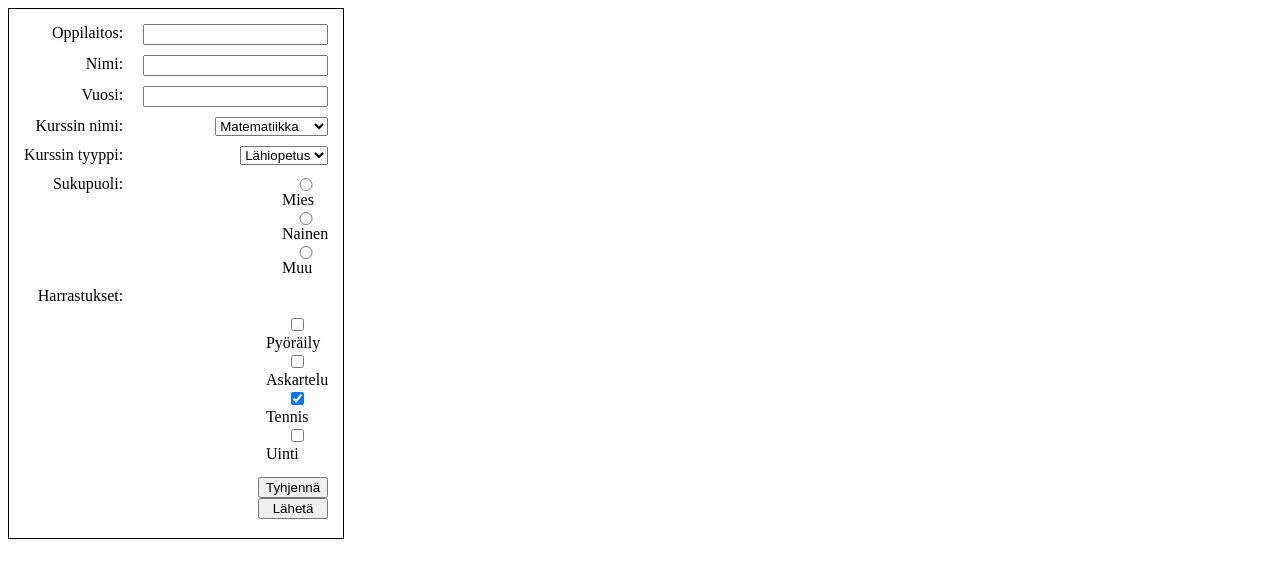
Repository: Niina-Maria/tehtavat-12-17-Niina-Maria2
Page: teht16.html
The author's editor kept a copy of each file at every save. The page is drawn from the files as they stood at one save, then again after the next save.
The browser window is 1280 px wide. The pictures show the whole page.

Above is the page before, as saved 2024-11-20 13:36:18.

### teht16.html
<!DOCTYPE html>
<html>
    <head>
        <link rel="stylesheet" href="teht16.css">
    </head>
    <body>
        <div class="grid-container">
            <div class="taulukko">
                <div class="a a1">Oppilaitos:</div>
                <div class="a a2"><input type="text" id="school" name="school"></div>
                <div class="a a3">Nimi:</div>
                <div class="a a4"><input type="text" id="name" name="name"></div>
                <div class="a a5">Vuosi:</div>
                <div class="a a6"><input type="password" id="year" name="year"></div>
                <div class="a a7">Kurssin nimi:</div>
                <div class="a a8">
                    <select class="course" name="course" size="1">
                    <option value="matematiikka">Matematiikka</option>
                    <option value="fysiikka">Fysiikka</option>
                    <option value="kemia">Kemia</option>
                    <option value="tietorakenteet">Tietorakenteet</option>
                    <option value="webohjelmointi">Webohjelmointi</option>
                    </select>
                </div>
                <div class="a a9">Kurssin tyyppi:</div>
                <div class="a a10">
                    <select class="type" name="type" size="1">
                        <option value="lähiopetus">Lähiopetus</option>
                        <option value="etäopetus">Etäopetus</option>
                        <option value="hybridi">Hybridi</option>
                        <option value="monimuoto">Monimuoto</option>
                        <option value="avoinamk">AvoinAMK</option>
                    </select>
                </div>
                <div class="a a11">Sukupuoli:</div>
                <div class="a a12">
                    <input type="radio" id="male" name="gender" value="male">
                    <label class="sukup"for="male">Mies</label>
                    <input type="radio" id="female" name="gender" value="female">
                    <label class="sukup"for="female">Nainen</label>
                    <input type="radio" id="other" name="gender" value="other">
                    <label class="sukup"for="other">Muu</label>
                </div>
                <div class="a a13">Harrastukset:</div>
                <div class="a a14" >
                    <input type="checkbox" id="hobbiesbike" name="hobbiesbike">
                        <label for="hobbiesbike"> Pyöräily</label>
                        <input type="checkbox" id="hobbiesaskartelu" name="hobbiesaskartelu">
                        <label for="hobbiesaskartelu"> Askartelu</label>
                        <input type="checkbox" id="hobbiestennis" name="hobbiestennis" checked="checked">
                        <label for="hobbiestennis"> Tennis</label>
                        <input type="checkbox" id="hobbiesuinti" name="hobbiesuinti">
                        <label for="hobbiesuinti"> Uinti</label>
                </div>
                <div class="a a15">
                    <input type="reset" id="napit" value="Tyhjennä">
                    <input type="submit"id="napit2" value="Lähetä">
                </div>

            </div>
        </div>
    </body>

### teht16.css
.grid-container {
    display: grid;
    justify-content: center;
    border: 1px solid black;
    width: fit-content;
    grid-column: 1 /span 2;
}


.taulukko {
    display: grid;
    grid-template-columns: 2;
    width: fit-content;
    margin: 5px;
    padding: 5px;
    border-radius: 1px solid black;
}

.taulukko div {
    display: grid;
    grid-column: span 2;
    padding: 5px;
    justify-content: right;
    border-radius: 1 px solid black;

}

.taulukko .a1 {
    grid-column: span 1;
    border: 1 px solid black;
    justify-content: right;
}

.taulukko .a2 {
    grid-column: span 1;
    justify-content: right;
    margin-left: 10px;
    border: 1 px solid black;
}

.taulukko .a3 {
    grid-column: span 1;
    border: 1 px solid black;
}

.taulukko .a4 {
    grid-column: span 1;
    justify-content: right;
    margin-left: 10px;
    border: 1 px solid black;
}


.taulukko .a5 {
    grid-column: span 1;
    border: 1 px solid black;
    justify-content: right;
}

.taulukko .a6 {
    grid-column: span 1;
    justify-content: right;
    margin-left: 10px;
    border: 1 px solid black;
}

.taulukko .a7 {
    grid-column: span 1;
    border: 1 px solid black;
    justify-content: right;
}

.taulukko .a8 {
    grid-column: span 1;
    justify-content: right;
    margin-left: 10px;
    border: 1 px solid black;
}

.taulukko .a9 {
    grid-column: span 1;
    border: 1 px solid black;
    justify-content: right;
}

.taulukko .a10 {
    grid-column: span 1;
    justify-content: right;
    margin-left: 10px;
    border: 1 px solid black;
}

.taulukko .a11 {
    grid-column: span 1;
    border: 1 px solid black;
    justify-content: right;
}

.taulukko .a12 {
    grid-column: span 1;
    justify-content: right;
    border: 1 px solid black;
}

.taulukko .a13 {
    grid-column: span 1;
    border: 1 px solid black;
}

.taulukko .a14 {
    grid-column: span 2;
    border: 1 px solid black;
}

.taulukko .a15 {
    grid-column: span 2;
    height: 50px;
    align-content: center;
    border: 1 px solid black;
}

After the next save:
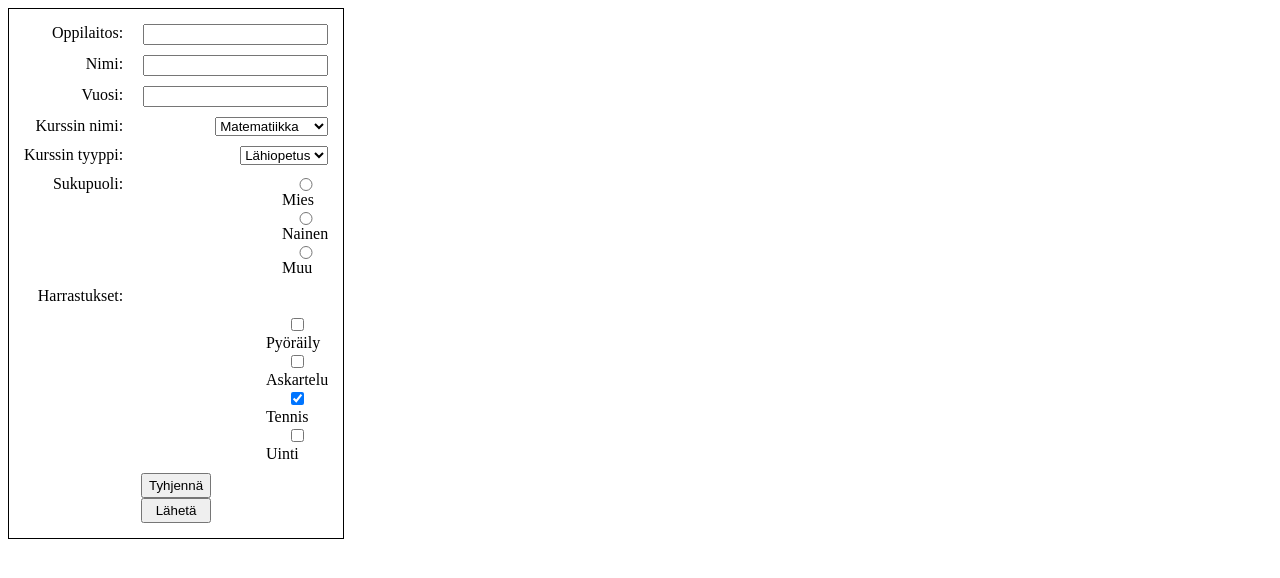
Saved 21 s later.
--- a/teht16.css
+++ b/teht16.css
@@ -115,6 +115,6 @@
 .taulukko .a15 {
     grid-column: span 2;
     height: 50px;
-    align-content: center;
+    justify-content: center;
     border: 1 px solid black;
 }
